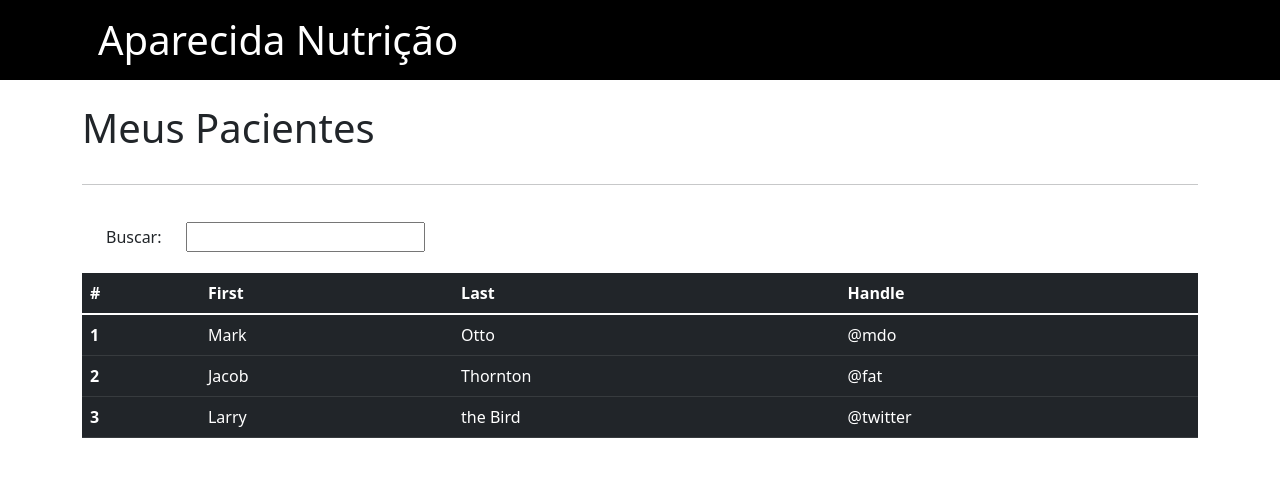
Repository: eversonps/app-paciente
Page: / (app in frontend/)
These files come from the project's save history. The page is drawn as it stood at one moment and after the next save; the edit follows.
The browser window is 1280 px wide. The pictures show the whole page.
The project was rebuilt for these pictures with package versions that can differ from the ones it lists, and the page was loaded fresh each time.

Above is the page before, as saved 2022-03-28 13:58:11.

### frontend/src/index.js
import React from 'react';
import ReactDOM from 'react-dom';
import './index.css';
import App from './App';
import  '../node_modules/bootstrap/dist/css/bootstrap.min.css'

ReactDOM.render(
    <App />,
    document.getElementById('root')
);

### frontend/src/App.jsx
import Header from "./components/Header";
import MyPacients from "./components/MyPacients";
import Main from "./components/Main"

function App() {
  return (
    <div className="App">
        <Header></Header>
        <Main>
            <MyPacients></MyPacients>
        </Main>
    </div>
  );
}

export default App;

### frontend/src/components/Header.jsx
import React from "react";

export default props => {
    return (
        <header className="bg-black">
            <div className="container">
                <h1 className="text-white p-3">Aparecida Nutrição</h1>
            </div>
        </header>
    )
}

### frontend/src/components/MyPacients.jsx
import React from "react";
import FilterPacients from "../Templates/FilterPacients";
import Table from "../Templates/Table";

export default props => (
    <div>
        <h1 className="pt-3 pb-3">Meus Pacientes</h1>
        <hr />

        <FilterPacients></FilterPacients>

        <Table></Table>
    </div>
)

### frontend/src/components/Main.jsx
import React from "react";

export default props => (
    <main className="container">
        {props.children}
    </main>
)

### frontend/src/Templates/FilterPacients.jsx
import React from "react";

export default props => (
    <div>
        <label className="m-4">Buscar: </label>
        <input type="text" />
    </div>
)

### frontend/src/Templates/Table.jsx
import React from "react";

export default props => (
    <table class="table table-dark">
        <thead>
            <tr>
            <th scope="col">#</th>
            <th scope="col">First</th>
            <th scope="col">Last</th>
            <th scope="col">Handle</th>
            </tr>
        </thead>
        <tbody>
            <tr>
            <th scope="row">1</th>
            <td>Mark</td>
            <td>Otto</td>
            <td>@mdo</td>
            </tr>
            <tr>
            <th scope="row">2</th>
            <td>Jacob</td>
            <td>Thornton</td>
            <td>@fat</td>
            </tr>
            <tr>
                <th scope="row">3</th>
                <td>Larry</td>
                <td>the Bird</td>
                <td>@twitter</td>
            </tr>
        </tbody>
    </table>
)

Loaded but not shown: frontend/public/index.html (common file); frontend/src/index.css (common file)

After the next save:
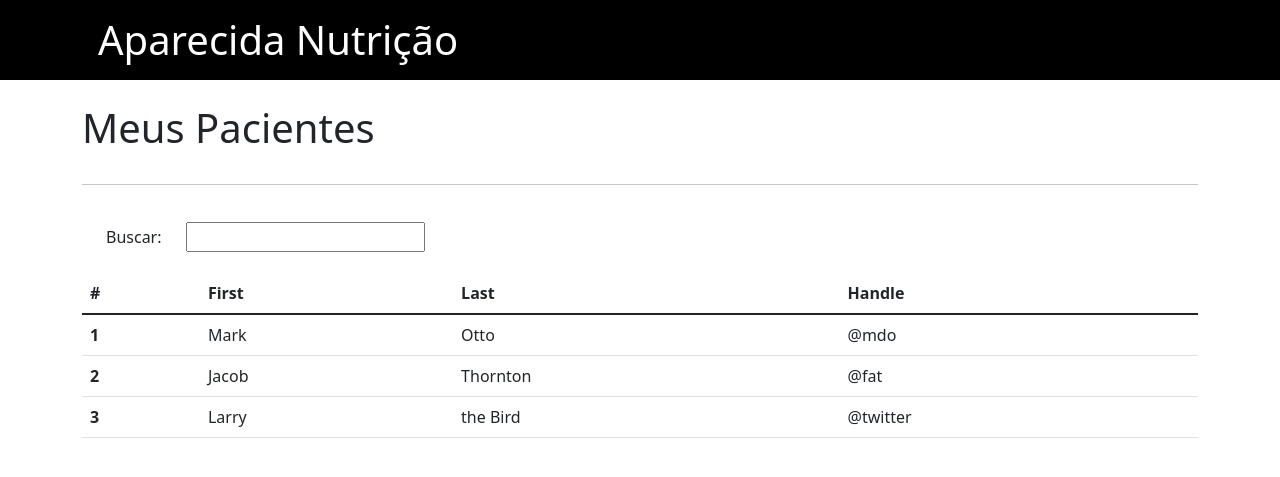
Saved 106 s later.
--- a/frontend/src/Templates/Table.jsx
+++ b/frontend/src/Templates/Table.jsx
@@ -1,8 +1,8 @@
 import React from "react";
 
 export default props => (
-    <table class="table table-dark">
-        <thead>
+    <table class="table">
+        <thead class="thead-dark">
             <tr>
             <th scope="col">#</th>
             <th scope="col">First</th>
@@ -24,10 +24,10 @@ export default props => (
             <td>@fat</td>
             </tr>
             <tr>
-                <th scope="row">3</th>
-                <td>Larry</td>
-                <td>the Bird</td>
-                <td>@twitter</td>
+            <th scope="row">3</th>
+            <td>Larry</td>
+            <td>the Bird</td>
+            <td>@twitter</td>
             </tr>
         </tbody>
     </table>
